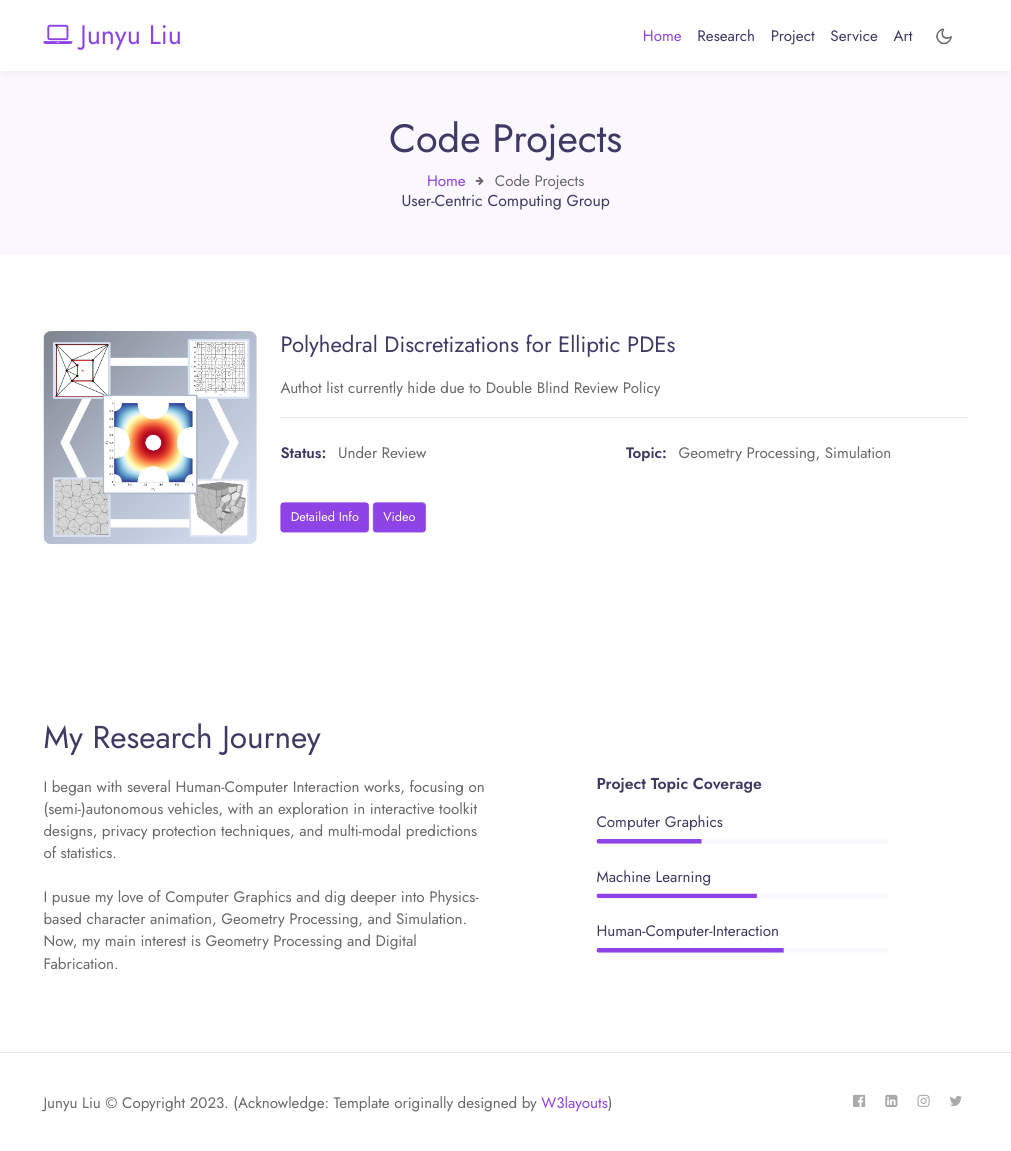
Repository: Junyu-Liu-Nate/junyu-liu-nate.github.io
Page: project.html
An editor plug-in stored every save of this project. The page is shown before and after a run of saves, followed by the edit.
The browser window is 1280 px wide. The pictures show the whole page, at 79% of full size.

Above is the page before, as saved 2024-04-10 18:00:11.
Console error: TypeError: Cannot read properties of null (reading 'classList')

### project.html
<!--
Author: Junyu Liu
Author: W3layouts
Author URL: http://w3layouts.com
-->
<!doctype html>
<html lang="en">

<head>
  <!-- Required meta tags -->
  <meta charset="utf-8">
  <meta name="viewport" content="width=device-width, initial-scale=1, shrink-to-fit=no">

  <title>Junyu Liu - Projects</title>

  <!-- google fonts -->
  <link href="//fonts.googleapis.com/css2?family=Jost:wght@300;400;600&display=swap" rel="stylesheet">

  <!-- Template CSS -->
  <link rel="stylesheet" href="assets/css/style-starter.css">
</head>

<body>
<!-- header -->
<header id="site-header" class="fixed-top">
  <div class="container">
      <nav class="navbar navbar-expand-lg stroke">
          <a class="navbar-brand" href="index.html">
              <span class="fa fa-laptop"></span> Junyu Liu
          </a>
          <!-- if logo is image enable this
      <a class="navbar-brand" href="#index.html">
          <img src="image-path" alt="Your logo" title="Your logo" style="height:35px;" />
      </a> -->
          <button class="navbar-toggler  collapsed bg-gradient" type="button" data-toggle="collapse"
              data-target="#navbarTogglerDemo02" aria-controls="navbarTogglerDemo02" aria-expanded="false"
              aria-label="Toggle navigation">
              <span class="navbar-toggler-icon fa icon-expand fa-bars"></span>
              <span class="navbar-toggler-icon fa icon-close fa-times"></span>
              </span>
          </button>

          <div class="collapse navbar-collapse" id="navbarTogglerDemo02">
            <ul class="navbar-nav ml-auto">
                <li class="nav-item active">
                    <a class="nav-link" href="index.html">Home <span class="sr-only">(current)</span></a>
                </li>
                <li class="nav-item @@research_active">
                    <a class="nav-link" href="research.html">Research</a>
                </li>
                <li class="nav-item @@project_active">
                  <a class="nav-link" href="project.html">Project</a>
                </li>
                <li class="nav-item @@service_active">
                  <a class="nav-link" href="service.html">Service</a>
                </li>
                <li class="nav-item @@art_active">
                    <a class="nav-link" href="art.html">Art</a>
                </li>
            </ul>
        </div>
          <!-- toggle switch for light and dark theme -->
          <div class="mobile-position">
              <nav class="navigation">
                  <div class="theme-switch-wrapper">
                      <label class="theme-switch" for="checkbox">
                          <input type="checkbox" id="checkbox">
                          <div class="mode-container">
                              <i class="gg-sun"></i>
                              <i class="gg-moon"></i>
                          </div>
                      </label>
                  </div>
              </nav>
          </div>
          <!-- //toggle switch for light and dark theme -->
      </nav>
  </div>
</header>
<!-- //header -->

<!-- about breadcrumb -->
<section class="w3l-about-breadcrumb text-center">
    <div class="breadcrumb-bg breadcrumb-bg-about py-sm-5 py-4">
        <div class="container py-2">
            <h2 class="title">Code Projects</h2>
            <ul class="breadcrumbs-custom-path mt-2">
                <li><a href="index.html">Home</a></li>
                <li class="active"><span class="fa fa-arrow-right mx-2" aria-hidden="true"></span> Code Projects </li>
                <br>
                <h5>User-Centric Computing Group</h5>
            </ul>
        </div>
    </div>
</section>
<!-- //about breadcrumb -->

<!-- about page about section -->
<section class="w3l-aboutblock1" id="about">
    <div class="midd-w3 py-5">
        <div class="container py-lg-5 py-md-3">
              <div class="row">
                <div class="col-lg-3">
                  <div class="position-relative">
                      <img src="assets/images/project/thumnail/port-FEM-vs-VEM.png" alt="" class="radius-image img-fluid">
                  </div>
                </div>
                <div class="col-lg-9 mt-lg-0 mt-5">
                    <!-- <h5 class="title-small mb-2">Hello, I am UI/UX Designer</h5> -->
                    <h3 class="title">Polyhedral Discretizations for Elliptic PDEs</h3>
                    <p class="mt-4">
                      Authot list currently hide due to Double Blind Review Policy
                    </p>
                    <!-- <p class="mt-4">Proposed, developed and validated the first formalization method of Feint actions, the Palindrome-directed Generation of Feint. Designed and developed an automatic Feint generation model, FeintNet, to incorporate action-level policy designs with the formalization, enabling the effectiveness of Feint in multi-agent scenarios. The experiment results show that Feint actions brings overall benefits and introduce a great extent of diversity in Multi-Player Games.</p> -->
                    <div class="my-info mt-4">
                        <div class="single-info"><span>Status:</span>
                            <p>Under Review</p>
                        </div>
                        <div class="single-info"><span>Topic:</span>
                          <p>Geometry Processing, Simulation</p>
                        </div>
                    </div>
                    <div class="mt-sm-5 mt-4">
                      <a href="projects/Polygedral.html" class="btn btn-primary">Detailed Info</a>
                      <a href="https://youtu.be/e83U_-0MTHk" class="btn btn-primary">Video</a>
                      <!-- <a href="#download" class="btn btn-primary">Paper</a> -->
                      <!-- <a href="#download" class="btn btn-primary">Code</a> -->
                      <!-- <a href="#download" class="btn btn-primary">Video</a> -->
                    </div>
                    <!-- <div class="my-social mt-lg-3 mt-4">
                        <a href="#download" class="btn btn-style btn-primary">Detailed Info</a>
                        <ul class="social m-0 p-0">
                            <a href="#download" class="btn btn-outline-primary btn-style mr-2">Website</a>
                            <a href="#download" class="btn btn-outline-primary btn-style mr-2">Paper</a>
                            <a href="#download" class="btn btn-outline-primary btn-style mr-2">Code</a>
                        </ul>
                    </div> -->
                </div>
            </div>

            <!-- <p><br>-----------------------------------------------------------------------------------------------------------------------------------------------------------------------------------<br><br></p> -->
            <p><br></p>

        </div>
    </div>
</section>
<!-- //about page about section -->

<!-- about page third section -->
<section class="w3l-content-6 py-5">
    <div class="content-6-mian py-lg-5 py-md-4">
        <div class="container">
            <div class="content-info-in row">
                <div class="content-gd col-lg-6">
                    <h3 class="title-big mb-4">My Research Journey</h3>
                    <p>
                      I began with several Human-Computer Interaction works, focusing on (semi-)autonomous vehicles, with an exploration in interactive toolkit designs, privacy protection techniques, and multi-modal predictions of statistics.
                      <br><br>

                      I pusue my love of Computer Graphics and dig deeper into Physics-based character animation, Geometry Processing, and Simulation. Now, my main interest is Geometry Processing and Digital Fabrication.
                    </p>
                </div>
                <div class="content-gd col-lg-4 offset-lg-1">
                    <br><br><br>
                    <h5><b>Project Topic Coverage</b></h5><br>
                    <div class="progress-info">
                        <h6 class="progress-tittle">Computer Graphics</h6>
                        <div class="progress">
                            <div class="progress-bar progress-bar-striped" role="progressbar" style="width: 36%"
                                aria-valuenow="36" aria-valuemin="0" aria-valuemax="100">
                            </div>
                        </div>
                    </div>
                    <div class="progress-info">
                        <h6 class="progress-tittle">Machine Learning
                        </h6>
                        <div class="progress">
                            <div class="progress-bar progress-bar-striped" role="progressbar" style="width: 55%"
                                aria-valuenow="55" aria-valuemin="0" aria-valuemax="100">
                            </div>
                        </div>
                    </div>
                    <div class="progress-info">
                        <h6 class="progress-tittle">Human-Computer-Interaction</h6>
                        <div class="progress">
                            <div class="progress-bar progress-bar-striped" role="progressbar" style="width: 64%"
                                aria-valuenow="64" aria-valuemin="0" aria-valuemax="100">
                            </div>
                        </div>
                    </div>
                </div>
            </div>
        </div>
    </div>
</section>
<!-- about page third section -->

<!-- Footer -->
<section class="w3l-footer py-sm-5 py-4">
  <div class="container">
    <div class="footer-content">
      <div class="row">
        <div class="col-lg-8 footer-left">
          <p class="m-0">Junyu Liu © Copyright 2023. (Acknowledge: Template originally designed by <a href="https://w3layouts.com">W3layouts</a>)</p>
        </div>
        <div class="col-lg-4 footer-right text-lg-right text-center mt-lg-0 mt-3">
          <ul class="social m-0 p-0">
            <li><a href="#facebook"><span class="fa fa-facebook-official"></span></a></li>
            <li><a href="#linkedin"><span class="fa fa-linkedin-square"></span></a></li>
            <li><a href="#instagram"><span class="fa fa-instagram"></span></a></li>
            <li><a href="#twitter"><span class="fa fa-twitter"></span></a></li>
          </ul>
        </div>
      </div>
    </div>
  </div>

  <!-- move top -->
  <button onclick="topFunction()" id="movetop" title="Go to top">
    <span class="fa fa-angle-up"></span>
  </button>
  <script>
    // When the user scrolls down 20px from the top of the document, show the button
    window.onscroll = function () {
      scrollFunction()
    };

    function scrollFunction() {
      if (document.body.scrollTop > 20 || document.documentElement.scrollTop > 20) {
        document.getElementById("movetop").style.display = "block";
      } else {
        document.getElementById("movetop").style.display = "none";
      }
    }

    // When the user clicks on the button, scroll to the top of the document
    function topFunction() {
      document.body.scrollTop = 0;
      document.documentElement.scrollTop = 0;
    }
  </script>
  <!-- /move top -->
</section>
<!-- //Footer -->

<!-- all js scripts and files here -->

<script src="assets/js/theme-change.js"></script><!-- theme switch js (light and dark)-->

<script src="assets/js/jquery-3.3.1.min.js"></script><!-- default jQuery -->

<!-- /typig-text-->
<script>
  const typedTextSpan = document.querySelector(".typed-text");
  const cursorSpan = document.querySelector(".cursor");

  const textArray = ["UI/UX Designer", "Freelancer", "Web developer"];
  const typingDelay = 200;
  const erasingDelay = 10;
  const newTextDelay = 100; // Delay between current and next text
  let textArrayIndex = 0;
  let charIndex = 0;

  function type() {
    if (charIndex < textArray[textArrayIndex].length) {
      if (!cursorSpan.classList.contains("typing")) cursorSpan.classList.add("typing");
      typedTextSpan.textContent += textArray[textArrayIndex].charAt(charIndex);
      charIndex++;
      setTimeout(type, typingDelay);
    } else {
      cursorSpan.classList.remove("typing");
      setTimeout(erase, newTextDelay);
    }
  }

  function erase() {
    if (charIndex > 0) {
      // add class 'typing' if there's none
      if (!cursorSpan.classList.contains("typing")) {
        cursorSpan.classList.add("typing");
      }
      typedTextSpan.textContent = textArray[textArrayIndex].substring(0, 0);
      charIndex--;
      setTimeout(erase, erasingDelay);
    } else {
      cursorSpan.classList.remove("typing");
      textArrayIndex++;
      if (textArrayIndex >= textArray.length) textArrayIndex = 0;
      setTimeout(type, typingDelay);
    }
  }

  document.addEventListener("DOMContentLoaded", function () { // On DOM Load initiate the effect
    if (textArray.length) setTimeout(type, newTextDelay + 250);
  });
</script>
<!-- //typig-text-->

<!-- services owlcarousel -->
<script src="assets/js/owl.carousel.js"></script>

<!-- script for services -->
<script>
  $(document).ready(function () {
    $('.owl-two').owlCarousel({
      loop: true,
      margin: 30,
      nav: false,
      responsiveClass: true,
      autoplay: false,
      autoplayTimeout: 5000,
      autoplaySpeed: 1000,
      autoplayHoverPause: false,
      responsive: {
        0: {
          items: 1,
          nav: false
        },
        480: {
          items: 1,
          nav: false
        },
        700: {
          items: 1,
          nav: false
        },
        1090: {
          items: 3,
          nav: false
        }
      }
    })
  })
</script>
<!-- //script for services -->

<!-- script for tesimonials carousel slider -->
<script>
  $(document).ready(function () {
    $("#owl-demo1").owlCarousel({
      loop: true,
      margin: 20,
      nav: false,
      responsiveClass: true,
      responsive: {
        0: {
          items: 1,
          nav: false
        },
        736: {
          items: 1,
          nav: false
        },
        1000: {
          items: 2,
          nav: false,
          loop: false
        }
      }
    })
  })
</script>
<!-- //script for tesimonials carousel slider -->

<!-- video popup -->
<script src="assets/js/jquery.magnific-popup.min.js"></script>
<script>
  $(document).ready(function () {
    $('.popup-with-zoom-anim').magnificPopup({
      type: 'inline',

      fixedContentPos: false,
      fixedBgPos: true,

      overflowY: 'auto',

      closeBtnInside: true,
      preloader: false,

      midClick: true,
      removalDelay: 300,
      mainClass: 'my-mfp-zoom-in'
    });

    $('.popup-with-move-anim').magnificPopup({
      type: 'inline',

      fixedContentPos: false,
      fixedBgPos: true,

      overflowY: 'auto',

      closeBtnInside: true,
      preloader: false,

      midClick: true,
      removalDelay: 300,
      mainClass: 'my-mfp-slide-bottom'
    });
  });
</script>
<!-- //video popup -->

<!-- stats number counter-->
<script src="assets/js/jquery.waypoints.min.js"></script>
<script src="assets/js/jquery.countup.js"></script>
<script>
  $('.counter').countUp();
</script>
<!-- //stats number counter -->

<!-- disable body scroll which navbar is in active -->
<script>
  $(function () {
    $('.navbar-toggler').click(function () {
      $('body').toggleClass('noscroll');
    })
  });
</script>
<!-- disable body scroll which navbar is in active -->

<!--/MENU-JS-->
<script>
  $(window).on("scroll", function () {
    var scroll = $(window).scrollTop();

    if (scroll >= 80) {
      $("#site-header").addClass("nav-fixed");
    } else {
      $("#site-header").removeClass("nav-fixed");
    }
  });

  //Main navigation Active Class Add Remove
  $(".navbar-toggler").on("click", function () {
    $("header").toggleClass("active");
  });
  $(document).on("ready", function () {
    if ($(window).width() > 991) {
      $("header").removeClass("active");
    }
    $(window).on("resize", function () {
      if ($(window).width() > 991) {
        $("header").removeClass("active");
      }
    });
  });
</script>
<!--//MENU-JS-->

<!-- bootstrap js -->
<script src="assets/js/bootstrap.min.js"></script>

</body>

</html>

Loaded but not shown: assets/css/style-starter.css (library); assets/js/theme-change.js (common file); assets/js/jquery-3.3.1.min.js (library); assets/js/owl.carousel.js (library); assets/js/jquery.magnific-popup.min.js (library); assets/js/jquery.waypoints.min.js (library); assets/js/jquery.countup.js (common file); assets/js/bootstrap.min.js (library)

After the next 3 saves:
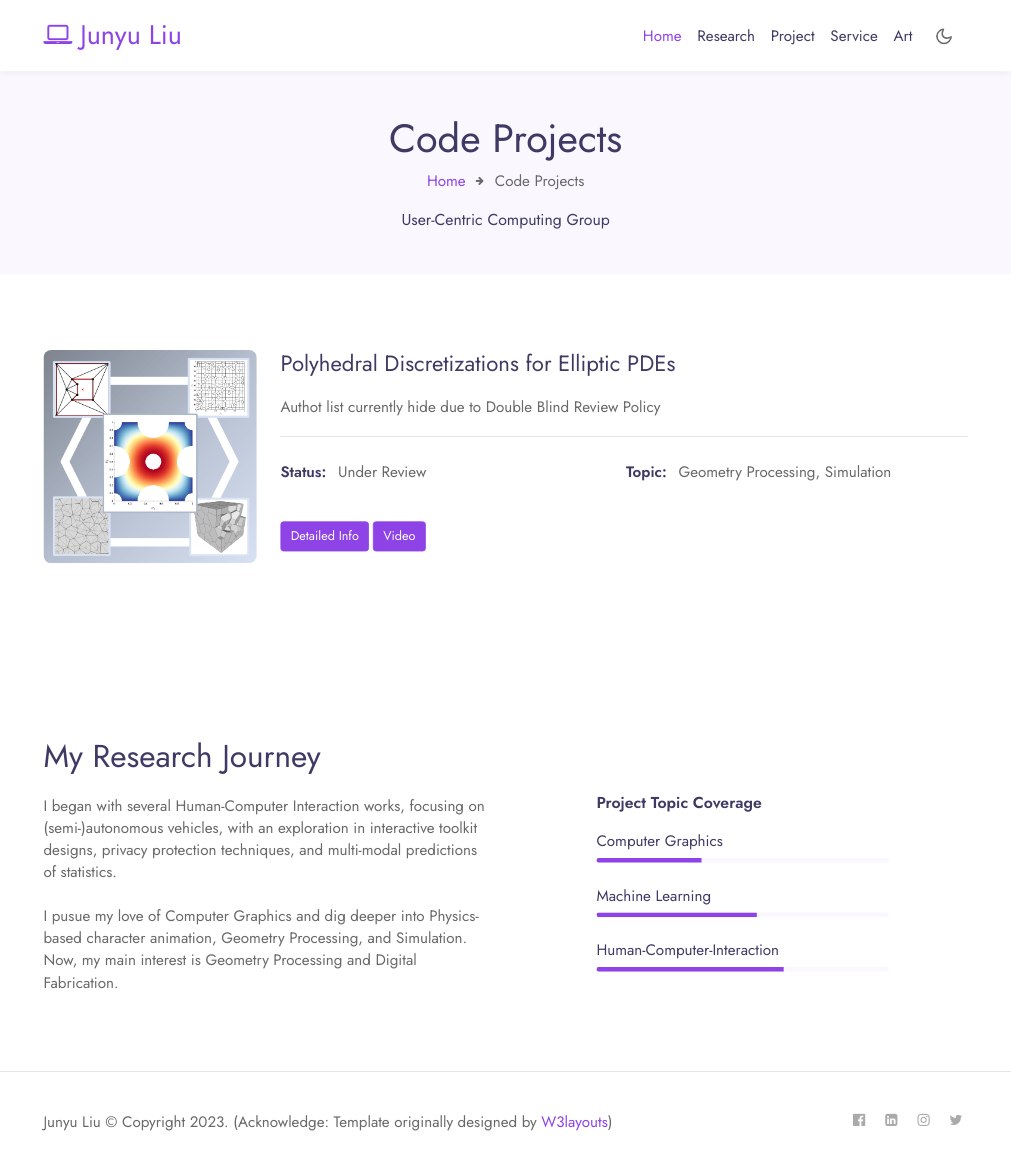
The 3 saves are shown as one change because they came seconds apart.
The last was saved 21 s later.
--- a/project.html
+++ b/project.html
@@ -87,9 +87,9 @@ Author URL: http://w3layouts.com
             <ul class="breadcrumbs-custom-path mt-2">
                 <li><a href="index.html">Home</a></li>
                 <li class="active"><span class="fa fa-arrow-right mx-2" aria-hidden="true"></span> Code Projects </li>
-                <br>
-                <h5>User-Centric Computing Group</h5>
             </ul>
+            <br>
+            <h5>User-Centric Computing Group</h5>
         </div>
     </div>
 </section>
